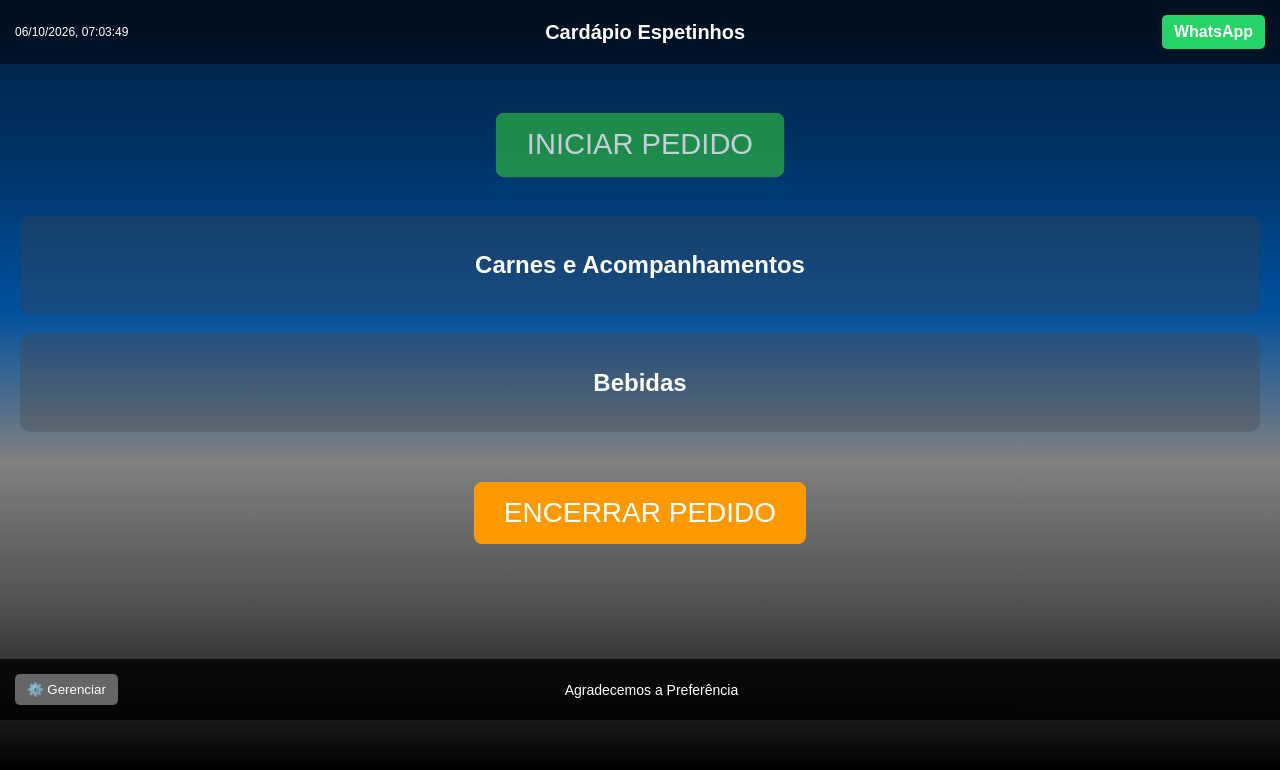
Repository: JeffRodFer/skewersOrder
Page: frontend/index.html
These files come from the project's save history. The page is drawn as it stood at one moment and after the next save; the edit follows.
The browser window is 1280 px wide. The pictures show the whole page.
The page's requests for data from a server got no answer.

Above is the page before, as saved 2026-10-19 00:24:35.

### frontend/index.html
<!DOCTYPE html>
<html lang="pt-BR">

<head>
  <meta charset="UTF-8">
  <meta name="viewport" content="width=device-width, initial-scale=1.0">
  <title>Cardápio de Espetinhos</title>
  <!-- Aqui conectamos o arquivo de estilos -->
  <link rel="stylesheet" href="style.css">
</head>

<body>

  <!-- Cabeçalho -->
  <header>
    <div class="relogio" id="relogio">
      00/00/0000 00:00:00
    </div>
    <div class="logo-titulo">Cardápio Espetinhos</div>
    <a href="https://wa.me/5581920036280" class="btn-whatsapp" target="_blank">WhatsApp</a>
  </header>

  <!-- Área de Iniciar Pedido -->
  <div class="area-iniciar">
    <button class="btn-iniciar" onclick="abrirModalCadastro()">
      INICIAR PEDIDO
    </button>
  </div>

  <!-- Lista de Comidas -->
  <div class="secao-produtos">
    <h2 class="titulo-carnes">Carnes e Acompanhamentos</h2>
    <div id="lista-carnes"></div> <!-- A MUDANÇA FOI FEITA AQUI -->
  </div>

  <!-- Lista de Bebidas -->
  <div class="secao-produtos">
    <h2 class="titulo-bebidas">Bebidas</h2>
    <div id="lista-bebidas"></div>
  </div>

  <!-- Área de Encerrar Pedido -->
  <div class="area-iniciar">
    <button class="btn-iniciar" style="animation: none; background: #ff9900;" onclick="abrirResumo()">
      ENCERRAR PEDIDO
    </button>
  </div>

  <!-- Rodapé -->
  <footer>
    <button class="btn-gerenciar" onclick="abrirModalAdmin()">
      ⚙️ Gerenciar
    </button>
    <div class="msg-agradecimento">Agradecemos a Preferência</div>
    <div style="width: 80px;"></div>
  </footer>

  <!-- MODAL 1: Cadastro do Cliente -->
  <div id="modalCadastro" class="modal">
    <div class="modal-conteudo">
      <h3>Identificação</h3>

      <div class="form-group">
        <label>Nome:</label>
        <input type="text" id="cli-nome" placeholder="Seu nome">
      </div>

      <div class="form-group">
        <label>Telefone:</label>
        <input type="tel" id="cli-telefone" placeholder="(81) 90000-0000">
      </div>

      <div class="form-group">
        <label>Retirada ou Entrega?</label>
        <select id="cli-tipo" onchange="verificarEntrega()">
          <option value="retirar">Vou retirar no local</option>
          <option value="entregar">Quero entrega (Terá taxa)</option>
        </select>
      </div>

      <div class="form-group" id="div-endereco" style="display:none;">
        <label>Endereço Completo:</label>
        <input type="text" id="cli-endereco" placeholder="Rua, Número, Bairro">
      </div>

      <!-- NOVA ÁREA DE BOTÕES -->
      <button type="button" class="btn-acao" onclick="fecharModalCadastro()"
        style="flex: 1; background-color: #666666;">
        Voltar
      </button>

      <button class="btn-acao" onclick="salvarCadastro()" style="flex: 2;">
        Confirmar
      </button>
    </div>

  </div> <!-- Fecha a modal-conteudo -->
  </div> <!-- Fecha a modalCadastro -->

  <!-- MODAL 2: Resumo do Pedido -->
  <div id="modalResumo" class="modal">
    <div class="modal-conteudo">
      <h3>Resumo do Pedido</h3>
      <div id="conteudo-resumo" style="font-size: 14px; margin-bottom: 20px;">
      </div>

      <!-- INÍCIO DAS NOVAS OPÇÕES DE FAROFA, VINAGRETE E OBS -->

      <!-- Opção de Farofa -->
      <div class="form-group">
        <label>Incluir Farofa?</label>
        <div style="display: flex; gap: 15px; margin-top: 5px;">
          <label><input type="radio" name="farofa" value="Sim" checked> Sim</label>
          <label><input type="radio" name="farofa" value="Não"> Não</label>
        </div>
      </div>

      <!-- Opção de Vinagrete -->
      <div class="form-group">
        <label>Incluir Vinagrete?</label>
        <div style="display: flex; gap: 15px; margin-top: 5px;">
          <label><input type="radio" name="vinagrete" value="Sim" checked> Sim</label>
          <label><input type="radio" name="vinagrete" value="Não"> Não</label>
        </div>
      </div>

      <!-- Campo de Observações -->
      <div class="form-group">
        <label>Observações do Pedido:</label>
        <textarea id="obs-pedido" rows="3" maxlength="120" placeholder="Ex: Bem passado, deixar na portaria..."
          style="width: 100%; border-radius: 5px; padding: 8px;"></textarea>
        <div id="contador-obs">0/120 caracteres</div>
      </div>

      <!-- FIM DAS NOVAS OPÇÕES -->

      <h3 id="valor-total">Total: R$ 0,00</h3>
      <button class="btn-acao btn-whatsapp" onclick="enviarPedidoWhatsApp()">
        Enviar Pedido (WhatsApp)
      </button>
      <button class="btn-acao btn-fechar" onclick="fecharModal('modalResumo')">
        Voltar e Escolher Mais
      </button>
    </div>
  </div>

  <!-- MODAL 3: Login Admin (Gerenciar) -->
  <div id="modalAdmin" class="modal">
    <div class="modal-conteudo">
      <h3>Área Restrita (Gerenciar)</h3>
      <div class="form-group">
        <label>Usuário:</label>
        <input type="text" id="admin-user">
      </div>
      <div class="form-group">
        <label>Senha:</label>
        <input type="password" id="admin-pass">
      </div>
      <button type="button" class="btn-acao" onclick="loginAdmin(event)">Entrar</button>
      <button type="button" class="btn-acao btn-fechar" onclick="fecharModal('modalAdmin')">
        Cancelar
      </button>
    </div>
  </div>


  <!-- ========================================== -->
  <!-- PAINEL DE ADMINISTRAÇÃO (Oculto por padrão)-->
  <!-- ========================================== -->
  <div id="painel-admin" style="display: none; padding: 20px; min-height: 100vh;">
    <div
      style="display: flex; justify-content: space-between; align-items: center; border-bottom: 2px solid white; padding-bottom: 10px; margin-bottom: 20px;">
      <h2 style="color: white; margin: 0;">⚙️ Gestão do Cardápio</h2>
      <button class="btn-acao btn-fechar" onclick="fecharPainelAdmin()" style="width: auto; padding: 10px 20px;">
        Sair
      </button>
    </div>

    <p style="color: #ccc;">Clique no botão para Ativar ou Desativar os produtos na loja.</p>

    <!-- Aqui o JavaScript vai injetar a lista completa de produtos -->
    <div id="lista-admin"></div>
  </div>

  <!-- Aqui conectamos o arquivo de lógica e ações -->
  <script src="script.js"></script>
</body>

</html>

### frontend/style.css
/* Gradiente de fundo geral */
body {
    background: linear-gradient(180deg,
            #001f3f 0%, #003366 20%, #00509e 40%,
            #808080 60%, #4d4d4d 80%, #000000 100%);
    margin: 0;
    font-family: Arial, sans-serif;
    color: #ffffff;
    min-height: 100vh;
    padding-bottom: 50px;
}

/* Cabeçalho */
header {
    display: flex;
    justify-content: space-between;
    align-items: center;
    padding: 15px;
    background-color: rgba(0, 0, 0, 0.5);
    position: sticky;
    top: 0;
    z-index: 100;

    /* ADICIONA ESTAS DUAS LINHAS: */
    flex-wrap: wrap;
    /* Permite que os elementos desçam de linha se faltar espaço */
    gap: 15px;
    /* Garante um espaço de 15px entre elementos, mesmo que desçam de linha */
}

/* ========================================== */
/* Ajuste Fino para Telemóveis (Opcional mas recomendado) */
/* ========================================== */
@media (max-width: 600px) {
    header {
        /* Num ecrã pequeno, força tudo a ficar no centro, um debaixo do outro */
        flex-direction: column;
        justify-content: center;
        text-align: center;
    }
}

.relogio {
    font-size: 12px;
}

.logo-titulo {
    font-size: 20px;
    font-weight: bold;
    text-align: center;
}

.btn-whatsapp {
    background-color: #25D366;
    color: white;
    padding: 8px 12px;
    text-decoration: none;
    border-radius: 5px;
    font-weight: bold;
}

/* Botão Iniciar Pedido Piscante */
.area-iniciar {
    text-align: center;
    margin: 20px 0;
}

.btn-iniciar {
    background-color: #28a745;
    color: white;
    padding: 15px 30px;
    font-size: 28px;
    border: none;
    border-radius: 8px;
    cursor: pointer;
    animation: piscar 1.5s infinite ease-in-out;
    margin-top: 30px;
    margin-bottom: 20px;
}

@keyframes piscar {
    0% {
        opacity: 1;
        transform: scale(1);
    }

    50% {
        opacity: 0.7;
        transform: scale(1.05);
    }

    100% {
        opacity: 1;
        transform: scale(1);
    }
}

/* 2. Coloca texto de um lado e botões do outro */
.item-lista {
    display: flex;
    justify-content: space-between;
    align-items: center;
    padding: 12px 0;
    border-bottom: 1px solid rgba(255, 255, 255, 0.1);
}

/* Listas de Produtos */
.secao-produtos {
    margin: 20px;
    padding: 15px;
    background: rgba(73, 67, 67, 0.308);
    border-radius: 10px;
}

.titulo-carnes {
    color: #ffffff;
    text-align: center;
}

.item-carne {
    color: #faf9f8;
}

.titulo-bebidas {
    color: #ffffff;
    text-align: center;
}

.item-bebida {
    color: #ffffff;
}

.produto {
    display: flex;
    justify-content: space-between;
    align-items: center;
    margin-bottom: 10px;
    border-bottom: 1px solid rgba(255, 255, 255, 0.4);
    padding-bottom: 10px;
}

.controles {
    display: flex;
    align-items: center;
    gap: 15px;
}

/* 4. Estilo dos botõezinhos (caso não tenha) */
.controles button {
    width: 35px;
    height: 35px;
    background-color: rgba(255, 255, 255, 0.4);
    color: white;
    border: none;
    border-radius: 5px;
    font-size: 1.2em;
    cursor: pointer;
}

.btn-qtd {
    background: #333;
    color: white;
    border: none;
    padding: 5px 10px;
    border-radius: 5px;
    cursor: pointer;
}

/* Rodapé */
footer {
    display: flex;
    justify-content: space-between;
    align-items: center;
    padding: 15px;
    background-color: rgba(0, 0, 0, 0.8);
    position: fixed;
    bottom: 0;
    width: 100%;
    box-sizing: border-box;
}

.msg-agradecimento {
    flex-grow: 1;
    text-align: center;
    font-size: 14px;
}

.btn-gerenciar {
    background-color: #666666;
    color: white;
    border: none;
    padding: 8px 12px;
    border-radius: 5px;
    cursor: pointer;
    display: flex;
    align-items: center;
    gap: 5px;
}

/* Modais (Janelas Ocultas) */
.modal {
    display: none;
    position: fixed;
    top: 0;
    left: 0;
    width: 100%;
    height: 100%;
    background: rgba(0, 0, 0, 0.9);
    z-index: 200;
    overflow-y: auto;
}

.modal-conteudo {
    background: #222;
    margin: 20px auto;
    padding: 20px;
    width: 90%;
    max-width: 400px;
    border-radius: 10px;
    color: white;
}

.form-group {
    margin-bottom: 15px;
}

.form-group label {
    display: block;
    margin-bottom: 5px;
}

.form-group input,
.form-group select {
    width: 100%;
    padding: 8px;
    box-sizing: border-box;
    border-radius: 5px;
    border: none;
}

.btn-acao {
    background: #007bff;
    color: white;
    border: none;
    padding: 10px;
    width: 100%;
    border-radius: 5px;
    cursor: pointer;
    margin-top: 10px;
}

.btn-fechar {
    background: #dc3545;
    margin-top: 10px;
}

#obs-pedido {
    text-align: left;
    font-family: inherit;
    padding: 10px;
    resize: vertical;
}

#contador-obs {
  font-size: 0.8em;
  color: #666;
  text-align: right;
  margin-top: 5px;
}

Loaded but not shown: frontend/script.js (483 lines, source omitted)

After the next save:
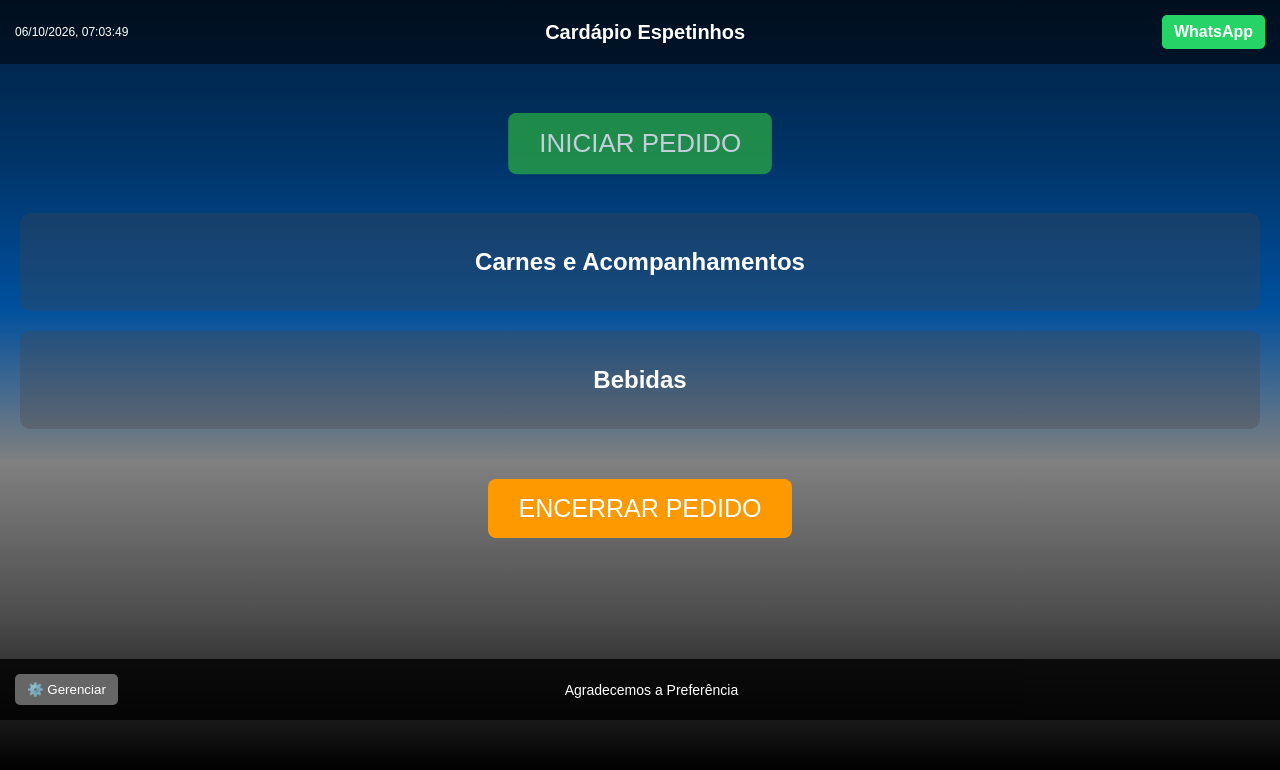
Saved 2 min 40 s later.
--- a/frontend/style.css
+++ b/frontend/style.css
@@ -69,7 +69,7 @@ header {
     background-color: #28a745;
     color: white;
     padding: 15px 30px;
-    font-size: 28px;
+    font-size: 25px;
     border: none;
     border-radius: 8px;
     cursor: pointer;
